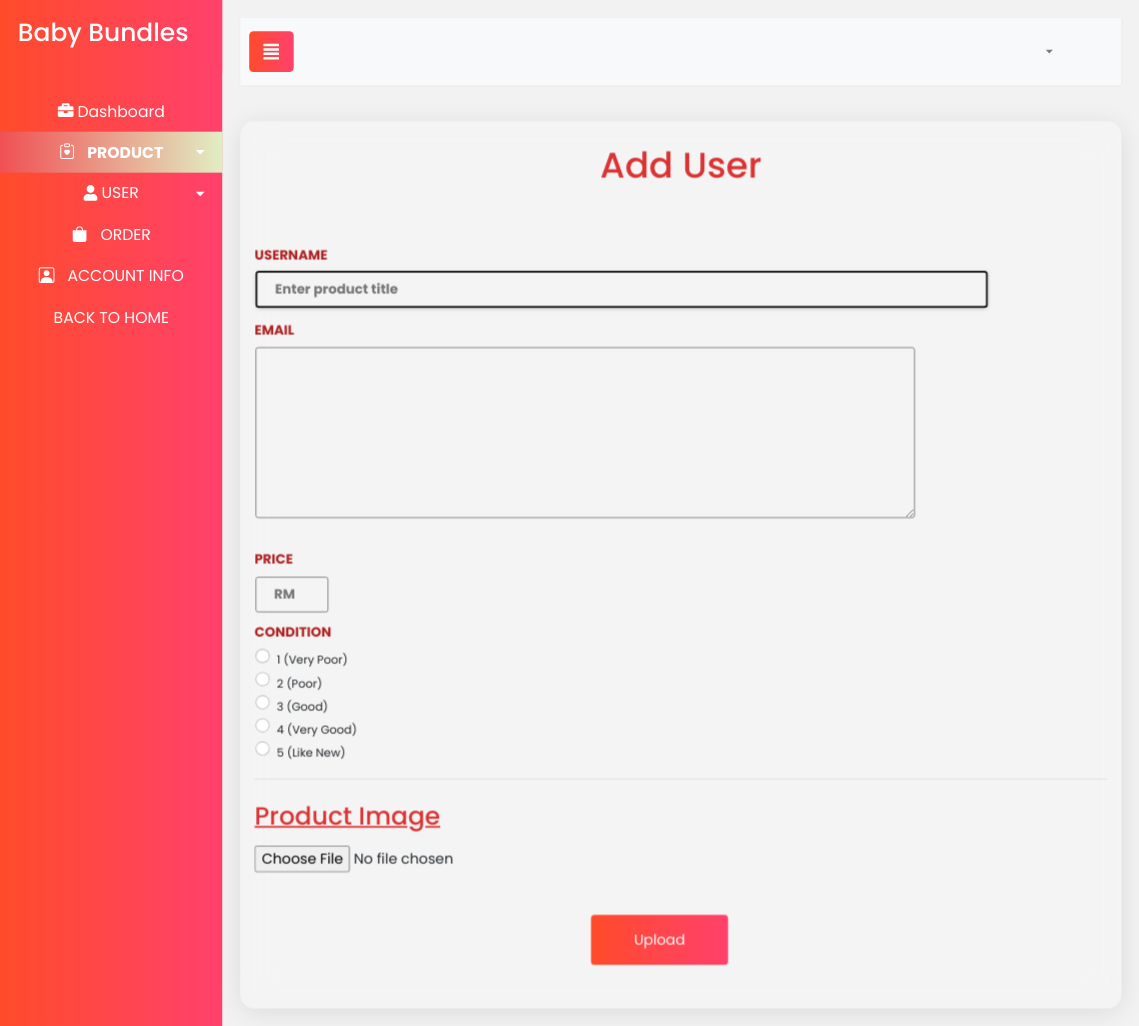
Repository: jiahow99/Baby-Bundles-University
Page: http://localhost/admin-adduser.php
These files come from the project's save history. The page is drawn as it stood at one moment and after the next save; the edit follows.
The browser window is 1280 px wide. The pictures show the whole page, at 89% of full size.
Some web libraries are served in a nearby version. The page is run by PHP 8.4 with error messages shown; the project is at /var/www/html/.

Above is the page before, as saved 2022-11-25 00:24:15.

After the next save:
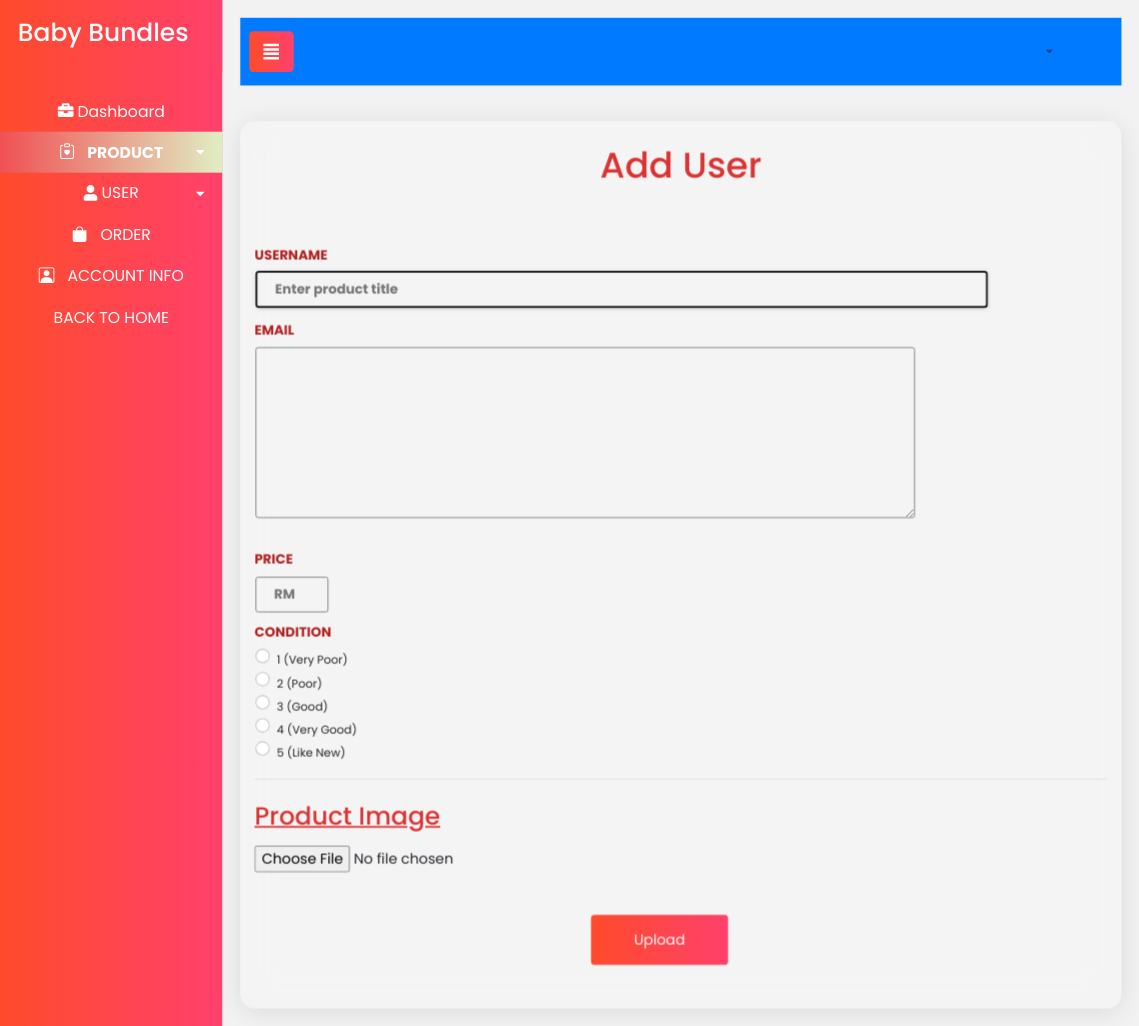
Saved 6 s later.
--- a/admin-topnavbar.php
+++ b/admin-topnavbar.php
@@ -1,11 +1,11 @@
-<nav class="navbar navbar-expand-lg navbar-light bg-light">
+<nav class="navbar navbar-expand-lg navbar-light bg-primary">
     <div class="container-fluid pl-0">
 
         <button type="button" id="sidebarCollapse" class="btn-lg btn-primary">
             <i class="fas fa-align-justify"></i>
             <!-- <span>Toggle Sidebar</span> -->
         </button>
-        <button class="btn btn-dark d-inline-block d-lg-none ml-auto bg-primary" type="button" data-toggle="collapse" data-target="#navbarSupportedContent" aria-controls="navbarSupportedContent" aria-expanded="false" aria-label="Toggle navigation">
+        <button class="btn btn-dark d-inline-block d-lg-none ml-auto" type="button" data-toggle="collapse" data-target="#navbarSupportedContent" aria-controls="navbarSupportedContent" aria-expanded="false" aria-label="Toggle navigation">
             <i class="fas fa-align-justify"></i>
         </button>
 

After the save that followed:
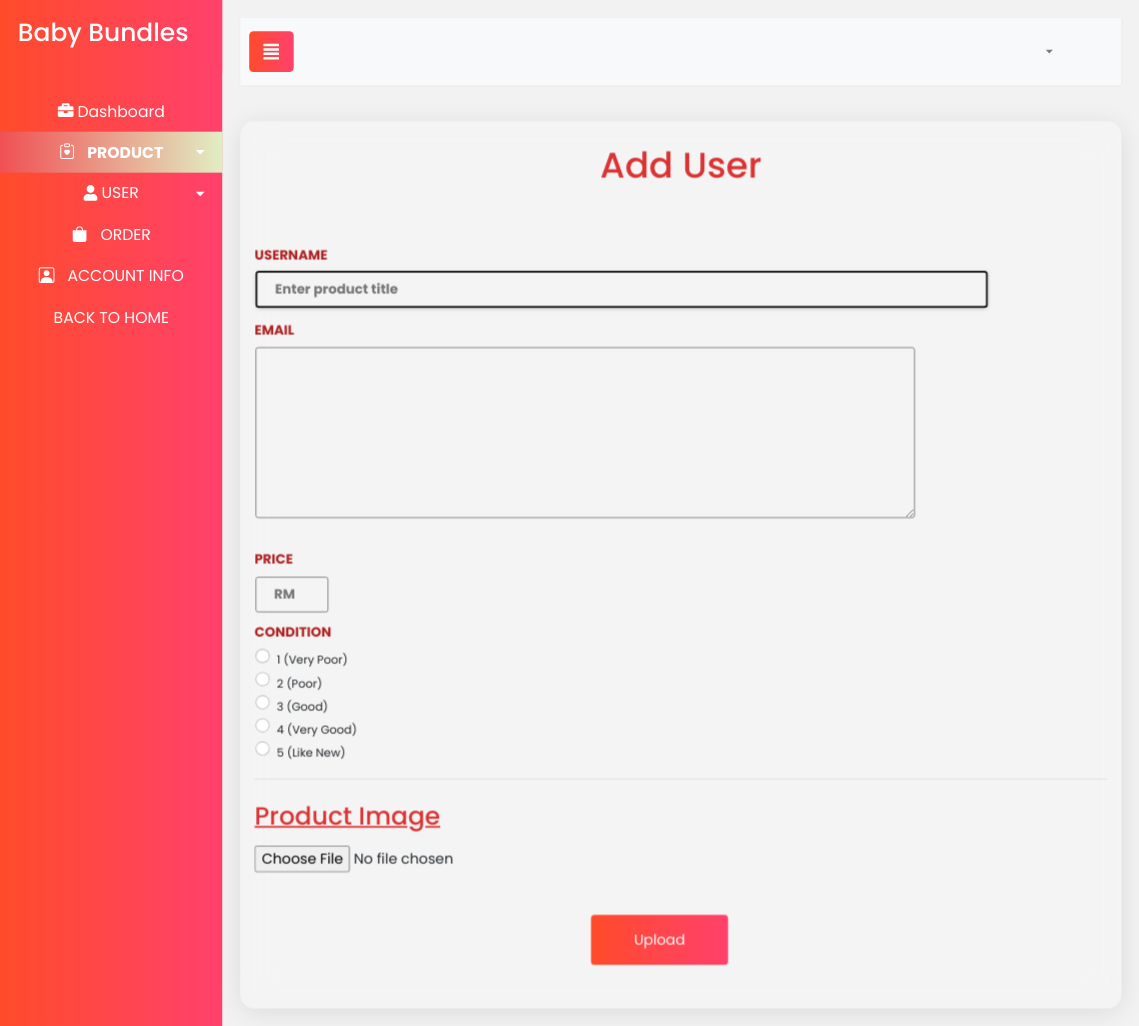
Saved 5 s later.
--- a/admin-topnavbar.php
+++ b/admin-topnavbar.php
@@ -1,4 +1,4 @@
-<nav class="navbar navbar-expand-lg navbar-light bg-primary">
+<nav class="navbar navbar-expand-lg navbar-light bg-light">
     <div class="container-fluid pl-0">
 
         <button type="button" id="sidebarCollapse" class="btn-lg btn-primary">
